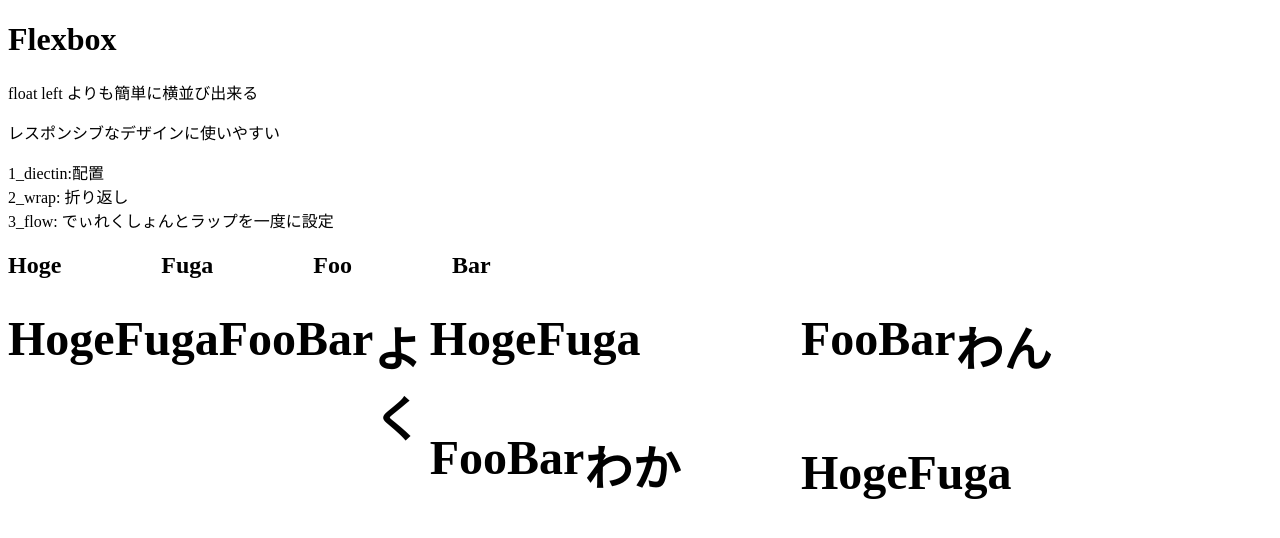
Repository: YokoInoue-u/samurai_HTML-CSS
Page: chap14.html
The author's editor kept a record of every edit. The page is drawn from the files as they stood at one moment, then again after the next edit.
The browser window is 1280 px wide. The pictures show the whole page.

Above is the page before.

### chap14.html
<!DOCTYPE html>
<html lang="ja">
<head>
    <meta charset="UTF-8">
    <meta name="viewport" content="width=device-width, initial-scale=1.0">
    <meta http-equiv="X-UA-Compatible" content="ie=edge">
    <title>chp14フレックスボックス</title>
    <style>
            #sort {
                display: flex;
                flex-wrap: wrap;
            }
            div {
              margin-right: 100px;
            }
            #no-wrap {
                display: flex;
                flex-wrap:nowrap;
            }

            #wrap {
                display: flex;
                flex-wrap:wrap;
            }

            #reverse {
                display: flex;
                flex-wrap:wrap-reverse;
            }
    </style>
</head>
<body>
    <h1>Flexbox</h1>
    <p>float left よりも簡単に横並び出来る</p>
    <p>レスポンシブなデザインに使いやすい</p>
    <p>1_diectin:配置</br>2_wrap: 折り返し</br>3_flow: でぃれくしょんとラップを一度に設定</p>

    <h2>
     <div id="sort">
            <div>
                Hoge
            </div>
            <div>
                Fuga
            </div>
            <div>
                Foo
            </div>
            <div>
                Bar
            </div>
        </div>

        <div id="no-wrap">
            <h1>Hoge</h1>
            <h1>Fuga</h1>
            <h1>Foo</h1>
            <h1>Bar</h1>
            <h1>よく</h1>

        <div id="wrap">
            <h1>Hoge</h1>
            <h1>Fuga</h1>
            <h1>Foo</h1>
            <h1>Bar</h1>
            <h1>わか</h1>
        </div>

        <div id="reverse">
            <h1>Hoge</h1>
            <h1>Fuga</h1>
            <h1>Foo</h1>
            <h1>Bar</h1>
            <h1>わん</h1>
        </div>
</body>
</html>

After the next edit:
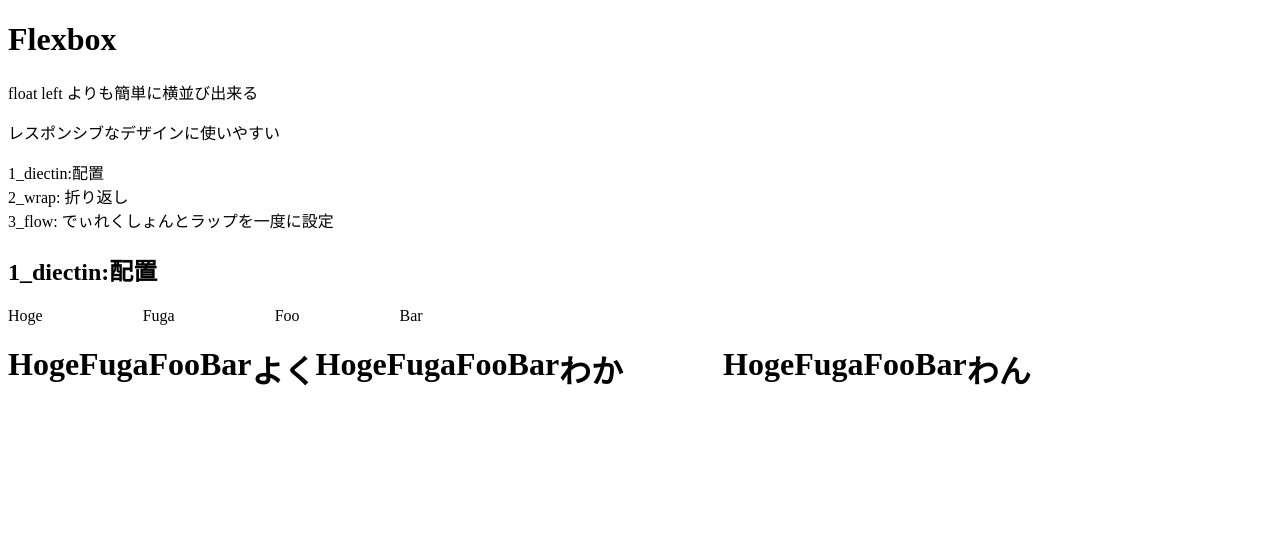
The edit:
--- a/chap14.html
+++ b/chap14.html
@@ -35,7 +35,7 @@
     <p>レスポンシブなデザインに使いやすい</p>
     <p>1_diectin:配置</br>2_wrap: 折り返し</br>3_flow: でぃれくしょんとラップを一度に設定</p>
 
-    <h2>
+    <h2>1_diectin:配置</h2>
      <div id="sort">
             <div>
                 Hoge
